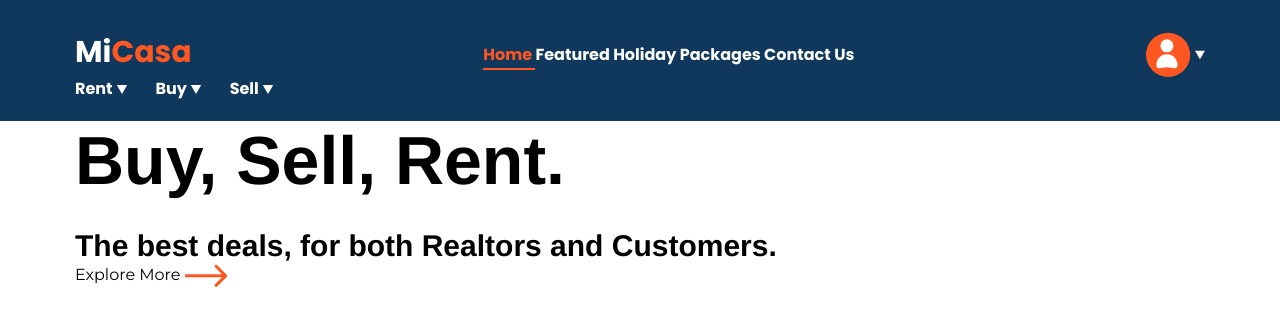
Repository: BenUnyolo/micasa-frontend
Page: index.html
The author's editor kept a copy of each file at every save. The page is drawn from the files as they stood at one save, then again after the next save.
The browser window is 1280 px wide. The pictures show the whole page.

Above is the page before, as saved 2021-10-15 20:20:05.

### index.html
<!DOCTYPE html>
<html lang="en">
  <head>
    <meta charset="UTF-8" />
    <meta http-equiv="X-UA-Compatible" content="IE=edge" />
    <meta name="viewport" content="width=device-width, initial-scale=1.0" />
    <title>Document</title>
    <link rel="stylesheet" href="tailwind.css" />
  </head>
  <body>
    <!-- HEADER -->
    <header class="bg-primary-600 text-white pt-8 pb-5">
      <div class="inner-container">
        <!-- top row -->
        <div class="flex flex-row justify-between">
          <a
            href="/"
            class="font-bold text-3xl leading-10 font-poppins inline-block"
          >
            Mi<span class="text-secondary-600">Casa</span>
          </a>
          <nav class="inline-block flex items-center">
            <ul class="li-inline space-x-14 font-bold font-poppins">
              <li
                class="
                  text-secondary-600
                  border-b-2
                  pb-0.5
                  border-secondary-600
                "
              >
                <a href="/">Home</a>
              </li>
              <li><a href="#">Featured</a></li>
              <li><a href="#">Holiday Packages</a></li>
              <li><a href="#">Contact Us</a></li>
            </ul>
          </nav>
          <div class="flex flex-row items-center">
            <img src="assets/images/user_avatar.svg" alt="user avatar" />
            <svg
              width="14"
              height="12"
              viewBox="0 0 14 12"
              fill="none"
              xmlns="http://www.w3.org/2000/svg"
              class="pl-1"
            >
              <title>profile dropdown</title>
              <path d="M7 12L0.0717964 0H13.9282L7 12Z" fill="white" />
            </svg>
          </div>
        </div>
        <!-- bottom row -->
        <div>
          <ul class="li-inline space-x-6 font-poppins font-bold">
            <li>
              Rent
              <svg
                width="12"
                height="9"
                viewBox="0 0 12 9"
                fill="none"
                xmlns="http://www.w3.org/2000/svg"
                class="inline-block"
              >
                <path d="M6 9L0.803848 0H11.1962L6 9Z" fill="white" />
              </svg>
            </li>
            <li>
              Buy
              <svg
                width="12"
                height="9"
                viewBox="0 0 12 9"
                fill="none"
                xmlns="http://www.w3.org/2000/svg"
                class="inline-block"
              >
                <path d="M6 9L0.803848 0H11.1962L6 9Z" fill="white" />
              </svg>
            </li>
            <li>
              Sell
              <svg
                width="12"
                height="9"
                viewBox="0 0 12 9"
                fill="none"
                xmlns="http://www.w3.org/2000/svg"
                class="inline-block"
              >
                <path d="M6 9L0.803848 0H11.1962L6 9Z" fill="white" />
              </svg>
            </li>
          </ul>
        </div>
      </div>
    </header>
    <!-- HERO -->
    <div class="hero-background">
      <div class="inner-container flex pt-44">
        <div class="w-6/12">
          <h1>Buy, Sell, Rent.</h1>
          <h2 class="mt-7.5">
            The best deals, for both Realtors and Customers.
          </h2>
          <a href="#" class="mt-30"
            >Explore More
            <svg
              width="43"
              height="23"
              viewBox="0 0 43 23"
              fill="none"
              xmlns="http://www.w3.org/2000/svg"
              class="inline-block"
            >
              <path
                d="M41.6936 12.9142C42.2794 12.3284 42.2794 11.3786 41.6936 10.7929L32.1477 1.24691C31.5619 0.661127 30.6122 0.661127 30.0264 1.24691C29.4406 1.8327 29.4406 2.78245 30.0264 3.36823L38.5117 11.8535L30.0264 20.3388C29.4406 20.9246 29.4406 21.8743 30.0264 22.4601C30.6122 23.0459 31.5619 23.0459 32.1477 22.4601L41.6936 12.9142ZM0.0714722 13.3535H40.633V10.3535H0.0714722V13.3535Z"
                fill="#FF5722"
              />
            </svg>
          </a>
        </div>
      </div>
    </div>
  </body>
</html>

Loaded but not shown: tailwind.css (library)

After the next save:
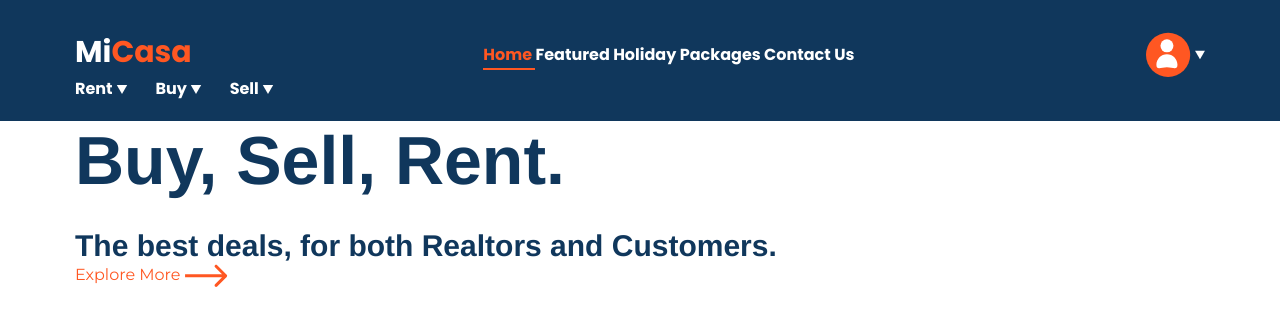
Saved 37 s later.
--- a/index.html
+++ b/index.html
@@ -101,11 +101,11 @@
     <div class="hero-background">
       <div class="inner-container flex pt-44">
         <div class="w-6/12">
-          <h1>Buy, Sell, Rent.</h1>
-          <h2 class="mt-7.5">
+          <h1 class="text-primary-600">Buy, Sell, Rent.</h1>
+          <h2 class="mt-7.5 text-primary-600">
             The best deals, for both Realtors and Customers.
           </h2>
-          <a href="#" class="mt-30"
+          <a href="#" class="mt-30 text-secondary-600"
             >Explore More
             <svg
               width="43"
